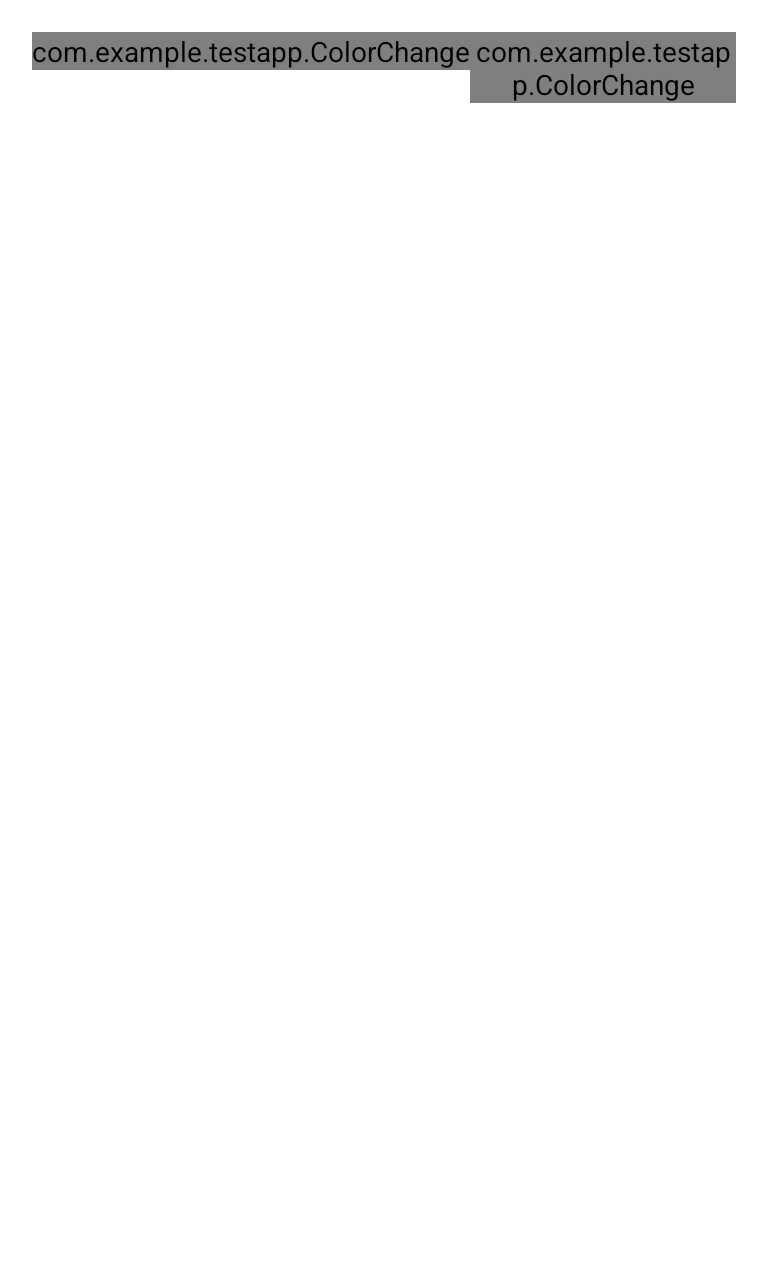
Repository: nick92/ConkyLive
Layout: testApp/res/layout/activity_main.xml
These files come from the project's save history. The layout is drawn as it stood at one moment and after the next save; the edit follows.
Pictures or frames that could not be fetched are drawn as grey boxes. It is drawn on a 768 x 1280 px phone screen (xhdpi) without system bars, with theme AppTheme; the app's code is not run.

Above is the layout before, as saved 2013-05-15 13:32:04.

After the next save:
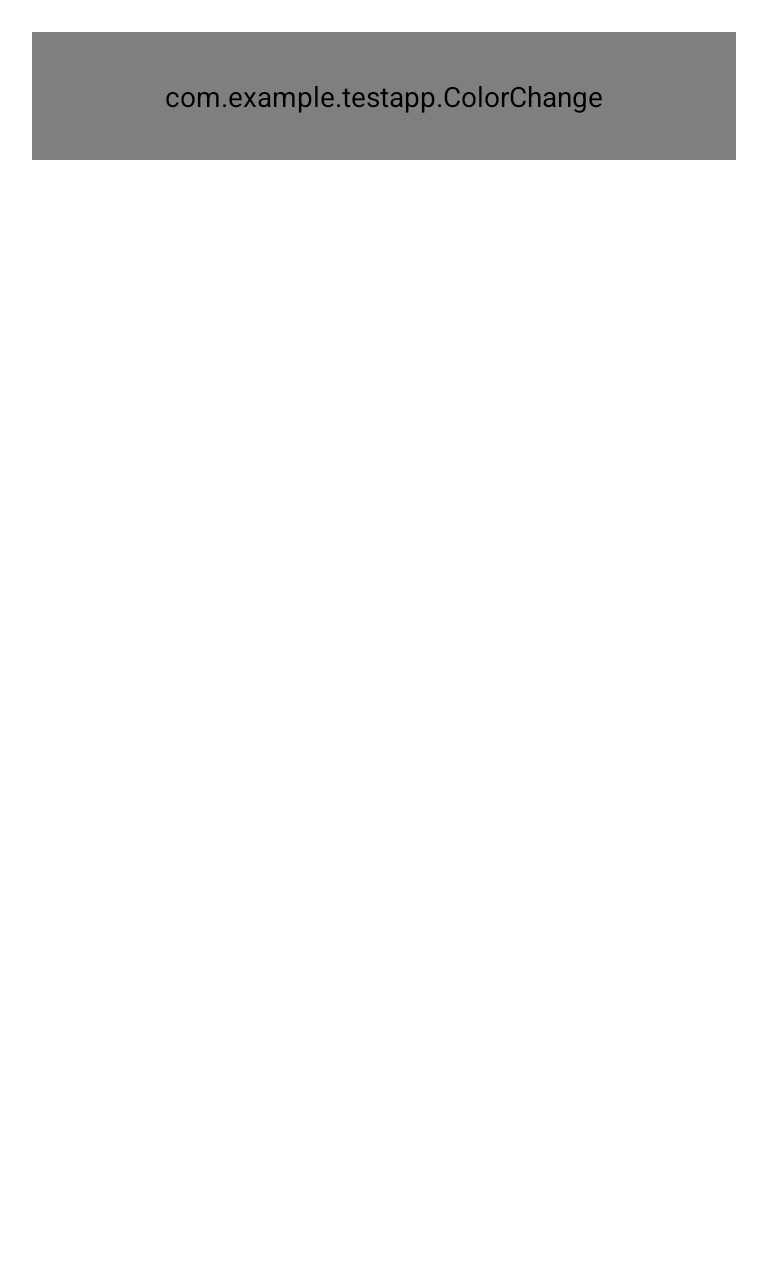
Saved 97 s later.
--- a/testApp/res/layout/activity_main.xml
+++ b/testApp/res/layout/activity_main.xml
@@ -11,15 +11,15 @@
 
     <com.example.testapp.ColorChange
         android:id="@+id/view1"
-        android:layout_width="wrap_content"
-	    android:layout_height="wrap_content"
+        android:layout_width="match_parent"
+	    android:layout_height="?android:attr/listPreferredItemHeight"
         option:titleText="Background Color"
         option:valueColor="#FFA4C639" />
 
     <com.example.testapp.ColorChange
         android:id="@+id/view2"
-        android:layout_width="wrap_content"
-	    android:layout_height="wrap_content"
+        android:layout_width="match_parent"
+	    android:layout_height="?android:attr/listPreferredItemHeight"
         option:titleText="Foreground Color"
         option:valueColor="#591e6e" />
 
